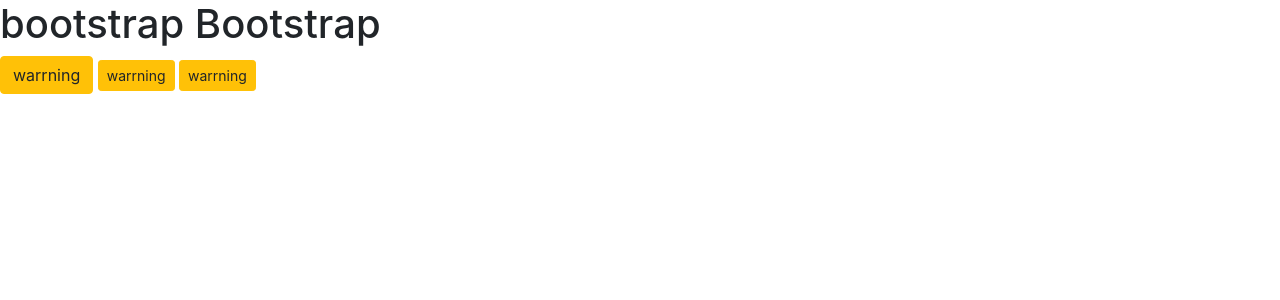
Repository: Mietlicha/exercise2
Page: index.html
An editor plug-in stored every save of this project. The page is shown before and after the next save, followed by the edit.
The browser window is 1280 px wide. The pictures show the whole page.

Above is the page before, as saved 2019-10-22 16:47:55.

After the next save:
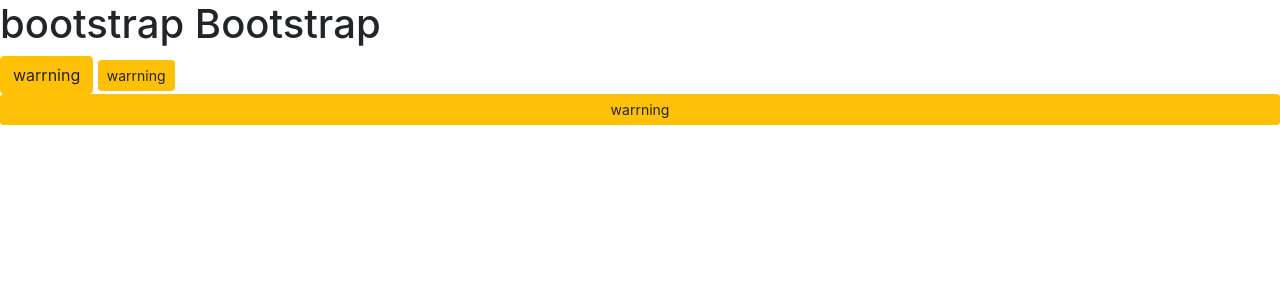
Saved 36 s later.
--- a/index.html
+++ b/index.html
@@ -12,6 +12,6 @@
     <h1>bootstrap Bootstrap</h1>
     <button class="btn btn-warning">warrning</button>
     <button class="btn btn-warning btn-sm">warrning</button>
-    <button class="btn btn-warning btn-sm btn-secondar">warrning</button>
+    <button class="btn btn-warning btn-sm btn-block">warrning</button>
 </body>
 </html>
